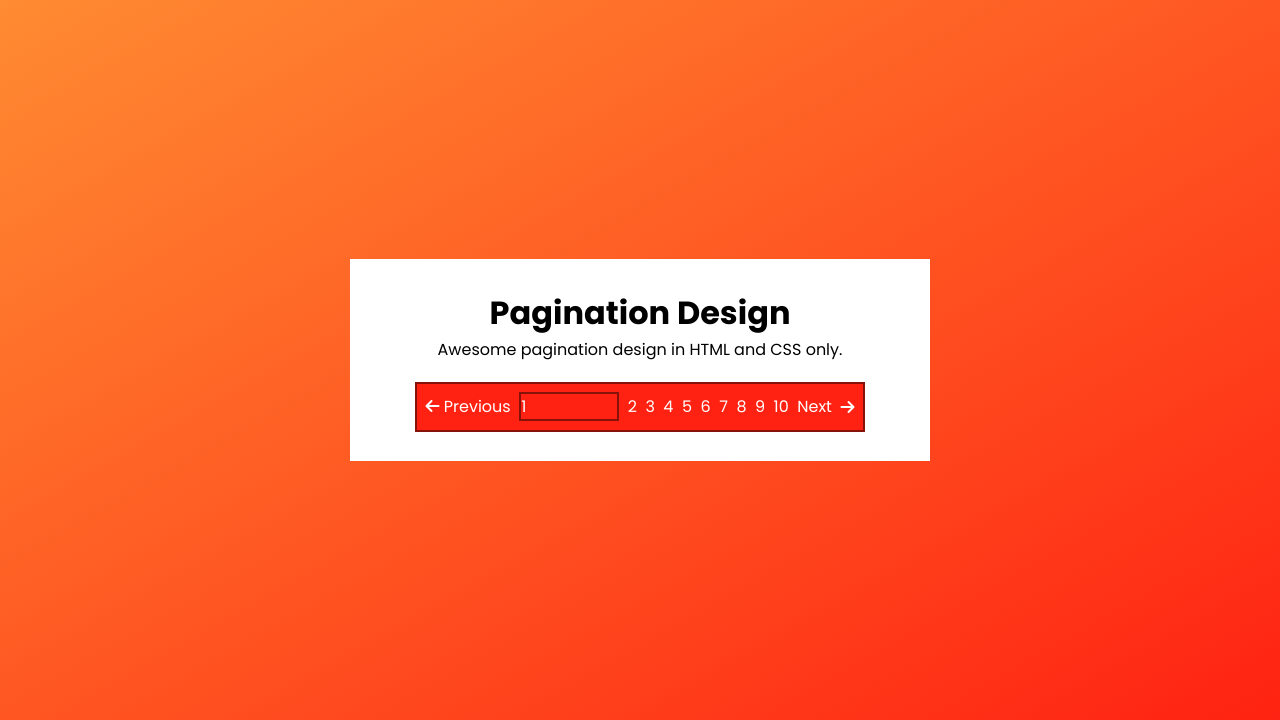
Repository: Ankitkr2021/Awesome-Pagination
Page: index.html
The author's editor kept a copy of each file at every save. The page is drawn from the files as they stood at one save, then again after the next save.
The browser window is 1280 px wide. The pictures show the whole page.

Above is the page before, as saved 2025-10-02 09:08:01.

### index.html
<!DOCTYPE html>
<html lang="en">
<head>
    <meta charset="UTF-8">
    <meta name="viewport" content="width=device-width, initial-scale=1.0">
    <title>Document</title>
    <link rel="stylesheet" href="https://cdnjs.cloudflare.com/ajax/libs/font-awesome/6.5.0/css/all.min.css">
    <link rel="stylesheet" href="./style.css">
</head>
<body>
    <div class="page">
        <h1>Pagination Design</h1>
        <p>Awesome pagination design in HTML and CSS only.</p>
        <div class="box">
             <div><i class="fas fa-arrow-left"></i> Previous</div>
            <div style="width: 100px; border: 2px solid rgba(0, 0, 0, 0.475);">1</div>
            <div>2</div>
            <div>3</div>
            <div>4</div>
            <div>5</div>
            <div>6</div>
            <div>7</div>
            <div>8</div>
            <div>9</div>
            <div>10</div>
            Next<i class="fas fa-arrow-right"></i>
        </div>
    </div>
</body>
</html>

### style.css
@import url("https://fonts.googleapis.com/css2?family=Poppins:wght@300;400;500;600;700&display=swap");

*{
    margin: 0;
    padding: 0;
    box-sizing: border-box;
    font-family: "Poppins",sans-serif;
}

body{
    display: flex;
   justify-content: center;
   align-items: center;
    height: 100vh;
    width: 100%;
    background: linear-gradient(to bottom right, rgb(255, 139, 50), rgb(255, 34, 18));
}

.page{
   display: flex;
   justify-content: center;
   align-items: center;
   flex-direction: column;
   background: #fff;
   width: 580px;
   height: 202px;
}

h1 {
    padding: 0 20px;
}

p {
    margin-bottom: 20px;
}

.box {
    background: rgb(255, 34, 18);
    color: #fff;
    height: 50px;
    width: 450px;
    display: flex;
    justify-content: space-evenly;
    align-items: center;
    border: 2px solid rgba(0, 0, 0, 0.475);
}

After the next save:
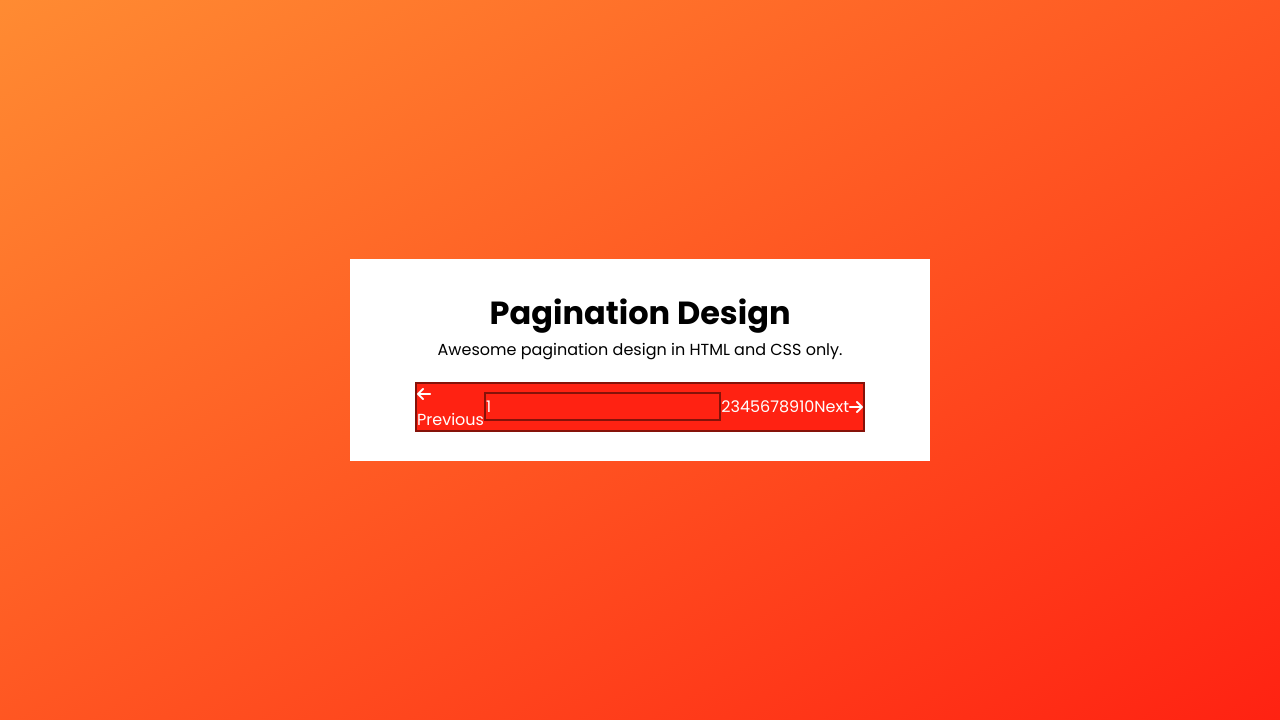
Saved 5 s later.
--- a/index.html
+++ b/index.html
@@ -13,7 +13,7 @@
         <p>Awesome pagination design in HTML and CSS only.</p>
         <div class="box">
              <div><i class="fas fa-arrow-left"></i> Previous</div>
-            <div style="width: 100px; border: 2px solid rgba(0, 0, 0, 0.475);">1</div>
+            <div style="width: 100%; border: 2px solid rgba(0, 0, 0, 0.475);">1</div>
             <div>2</div>
             <div>3</div>
             <div>4</div>
